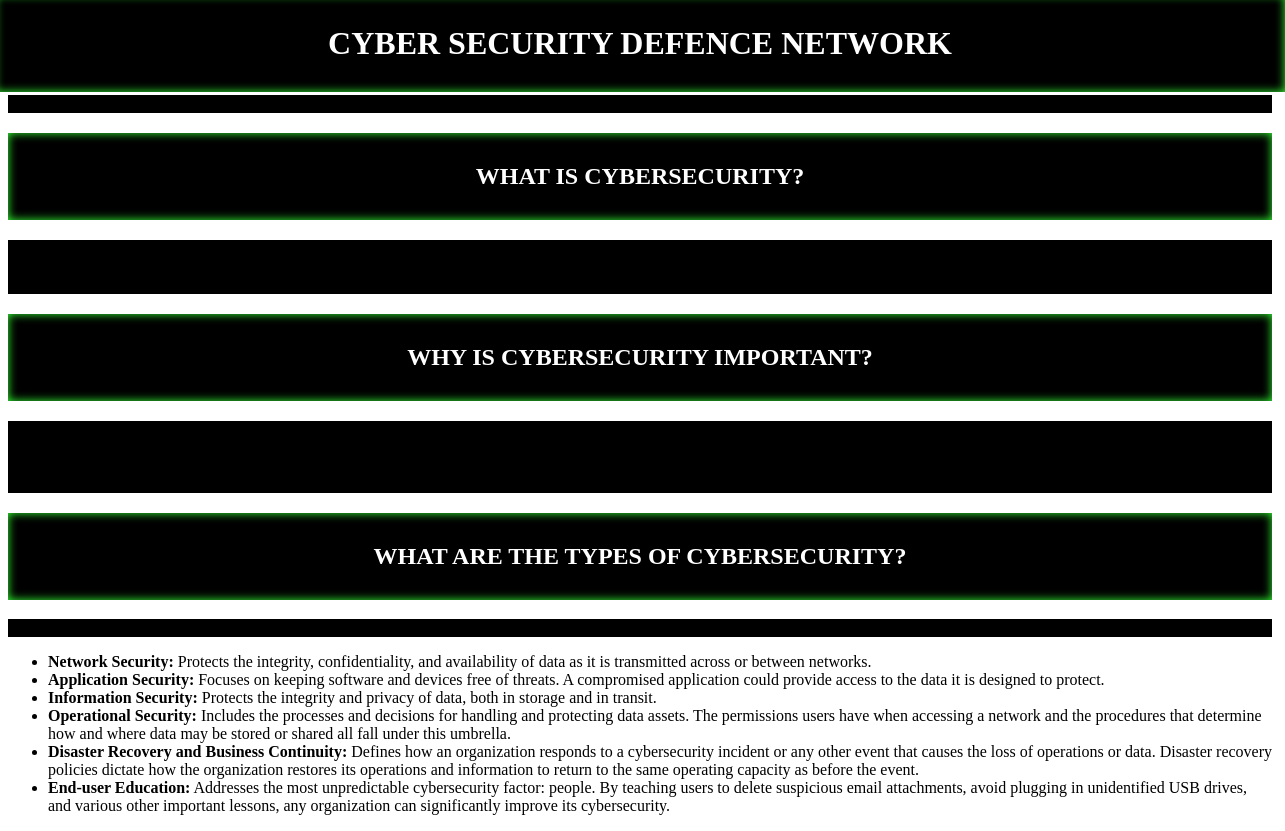
Repository: newworldhost/nwh
Page: index.html
An editor plug-in stored every save of this project. The page is shown before and after a run of saves, followed by the edit.
The browser window is 1280 px wide. The page is 1285 px wide, so the pictures cover 1285 px, including what lies to the right of the window. The pictures show the whole page.

Above is the page before, as saved 2025-03-04 15:42:14.

### index.html
<!DOCTYPE html>
<html lang="en">
<head>
    <meta charset="UTF-8">
    <meta name="viewport" content="width=device-width, initial-scale=1.0">
    <meta name="author" content="cyber security defence network">
    <meta name="description" content="cyber security defence network">
    <meta name="keywords" content="cyber security defence network">
    <link rel="stylesheet" href="style.css">
    <title>cyber security defence network</title>
</head>
<body>
    <h1>cyber security defence network</h1>
    <p>cyber security defence network</p>
    <h2>What is cybersecurity?</h2>
    <p>Cybersecurity is the practice of protecting systems, networks, and programs from digital attacks. These cyberattacks are usually aimed at accessing, changing, or destroying sensitive information; extorting money from users; or interrupting normal business processes. Implementing effective cybersecurity measures is particularly challenging today because there are more devices than people, and attackers are becoming more innovative.</p>
    <h2>Why is cybersecurity important?</h2>
    <p>Cybersecurity is important because it protects all categories of data from theft and damage. This includes sensitive data, personally identifiable information (PII), protected health information (PHI), intellectual property, and governmental and industry information systems. Without a robust cybersecurity strategy, organizations cannot defend themselves against data breach campaigns, making them an easy target for cybercriminals. Effective cybersecurity measures help ensure the confidentiality, integrity, and availability of data, which is crucial for maintaining trust and operational stability in today's digital world.</p>
    <h2>What are the types of cybersecurity?</h2>
    <p>There are several types of cybersecurity, including:</p>
    <ul>
        <li><strong>Network Security:</strong> Protects the integrity, confidentiality, and availability of data as it is transmitted across or between networks.</li>
        <li><strong>Application Security:</strong> Focuses on keeping software and devices free of threats. A compromised application could provide access to the data it is designed to protect.</li>
        <li><strong>Information Security:</strong> Protects the integrity and privacy of data, both in storage and in transit.</li>
        <li><strong>Operational Security:</strong> Includes the processes and decisions for handling and protecting data assets. The permissions users have when accessing a network and the procedures that determine how and where data may be stored or shared all fall under this umbrella.</li>
        <li><strong>Disaster Recovery and Business Continuity:</strong> Defines how an organization responds to a cybersecurity incident or any other event that causes the loss of operations or data. Disaster recovery policies dictate how the organization restores its operations and information to return to the same operating capacity as before the event.</li>
        <li><strong>End-user Education:</strong> Addresses the most unpredictable cybersecurity factor: people. By teaching users to delete suspicious email attachments, avoid plugging in unidentified USB drives, and various other important lessons, any organization can significantly improve its cybersecurity.</li>
    </ul>
</body>
</html>

### style.css
h1 {
    text-align: center;
    background-color: black;
    color:white;
    padding:30px;
    text-transform: uppercase;
    box-shadow: inset 0 0 10px #33ff33;
    margin:-13px;
}
h2 {
    text-align: center;
    background-color: black;
    color:white;
    padding:30px;
    text-transform: uppercase;
    box-shadow: inset 0 0 10px #33ff33;
}
p {
    background-color:black
}

After the next 3 saves:
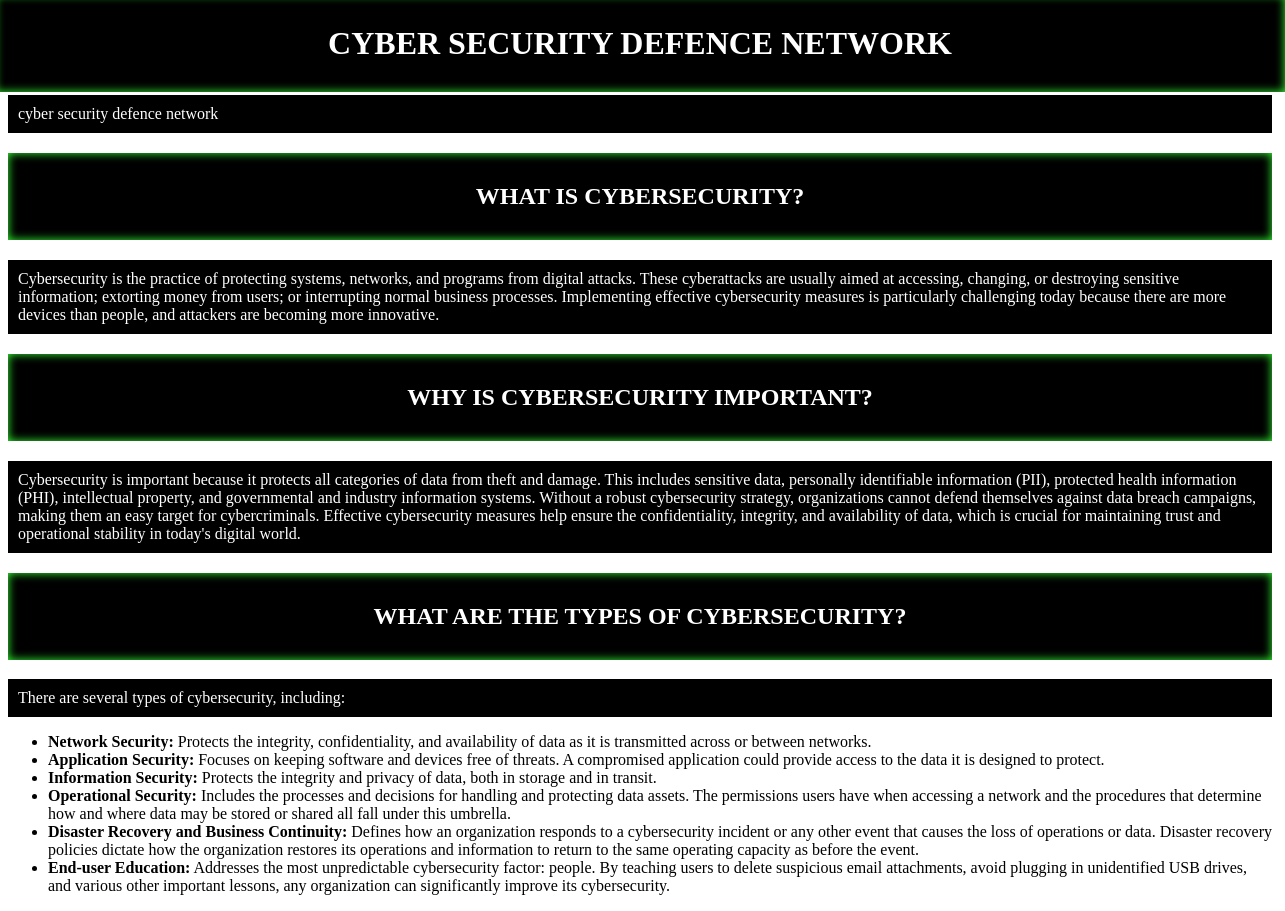
The 3 saves are shown as one change because they came seconds apart.
The last was saved 8 s later.
--- a/style.css
+++ b/style.css
@@ -16,5 +16,7 @@ h2 {
     box-shadow: inset 0 0 10px #33ff33;
 }
 p {
-    background-color:black
+    background-color:black;
+    color:white;
+    padding:10px;
 }
